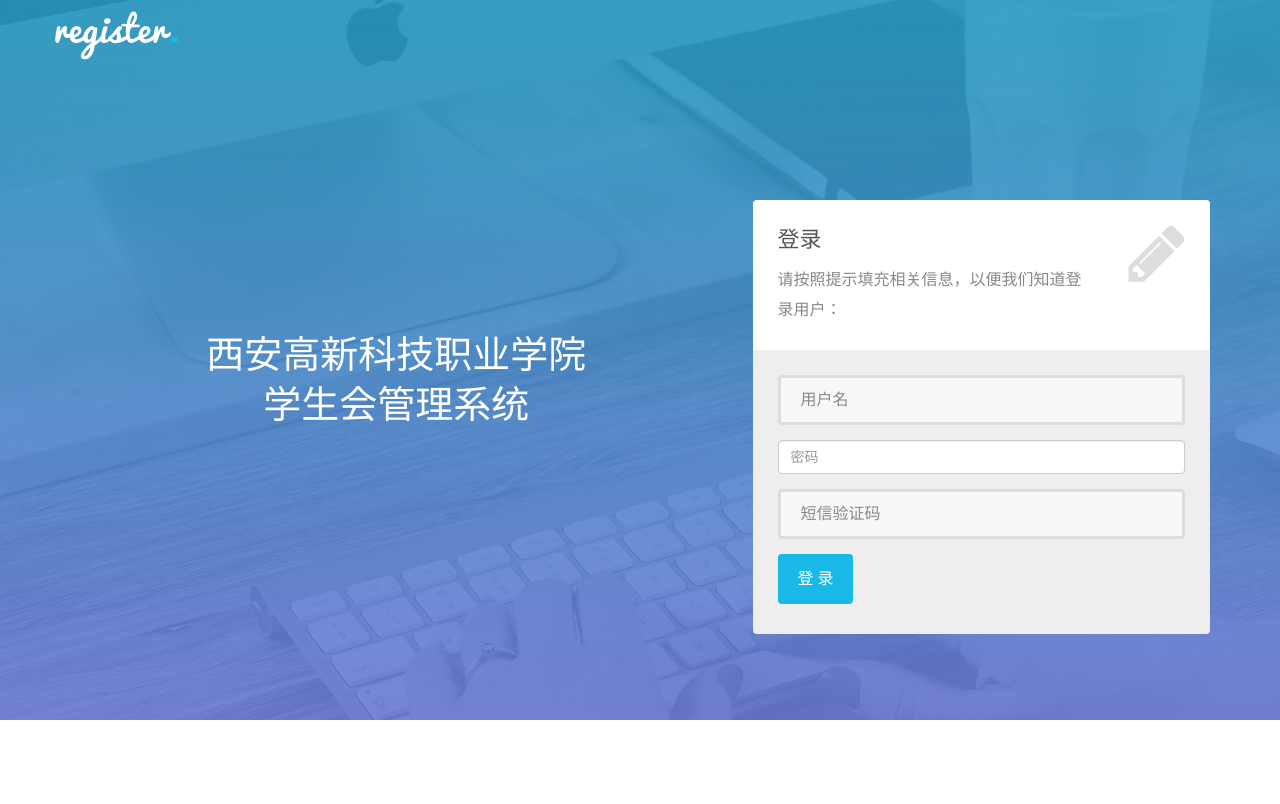
Repository: sunjunzhou/JDBC
Page: FirstWebProject/WebContent/index.html
The author's editor kept a copy of each file at every save. The page is drawn from the files as they stood at one save, then again after the next save.
The browser window is 1280 px wide. The pictures show the whole page.

Above is the page before, as saved 2018-06-29 03:16:01.

### FirstWebProject/WebContent/index.html
<!DOCTYPE html>
<html lang="en">

    <head>

        <meta charset="utf-8">
        <meta http-equiv="X-UA-Compatible" content="IE=edge">
        <meta name="viewport" content="width=device-width, initial-scale=1">
        <title>Bootstrap Registration Form Template</title>

        <!-- CSS -->
        <link rel="stylesheet" href="http://fonts.googleapis.com/css?family=Roboto:400,100,300,500">
        <link rel="stylesheet" href="assets/bootstrap/css/bootstrap.min.css">
        <link rel="stylesheet" href="assets/font-awesome/css/font-awesome.min.css">
		<link rel="stylesheet" href="assets/css/form-elements.css">
        <link rel="stylesheet" href="assets/css/style.css">

        <!-- HTML5 Shim and Respond.js IE8 support of HTML5 elements and media queries -->
        <!-- WARNING: Respond.js doesn't work if you view the page via file:// -->
        <!--[if lt IE 9]>
            <script src="https://oss.maxcdn.com/libs/html5shiv/3.7.0/html5shiv.js"></script>
            <script src="https://oss.maxcdn.com/libs/respond.js/1.4.2/respond.min.js"></script>
        <![endif]-->

        <!-- Favicon and touch icons -->
        <link rel="shortcut icon" href="assets/ico/favicon.png">
        <link rel="apple-touch-icon-precomposed" sizes="144x144" href="assets/ico/apple-touch-icon-144-precomposed.png">
        <link rel="apple-touch-icon-precomposed" sizes="114x114" href="assets/ico/apple-touch-icon-114-precomposed.png">
        <link rel="apple-touch-icon-precomposed" sizes="72x72" href="assets/ico/apple-touch-icon-72-precomposed.png">
        <link rel="apple-touch-icon-precomposed" href="assets/ico/apple-touch-icon-57-precomposed.png">

    </head>

    <body>

		<!-- Top menu -->
		<nav class="navbar navbar-inverse navbar-no-bg" role="navigation">
			<div class="container">
				<div class="navbar-header">
					<button type="button" class="navbar-toggle collapsed" data-toggle="collapse" data-target="#top-navbar-1">
						<span class="sr-only">Toggle navigation</span>
						<span class="icon-bar"></span>
						<span class="icon-bar"></span>
						<span class="icon-bar"></span>
					</button>
					<a class="navbar-brand" href="index.html">Bootstrap Registration Form Template</a>
				</div>
				<!-- Collect the nav links, forms, and other content for toggling -->
				<div class="collapse navbar-collapse" id="top-navbar-1">
					<ul class="nav navbar-nav navbar-right">

					</ul>
				</div>
			</div>
		</nav>

        <!-- Top content -->
        <div class="top-content">

            <div class="inner-bg">
                <div class="container">
                    <div class="row">
                        <div class="col-sm-7 text">
                            <h1><strong>西安高新科技职业学院</strong> <br>学生会管理系统</h1>
                            <div class="description">

                            </div>
                            <div class="top-big-link">

                            </div>
                        </div>
                        <div class="col-sm-5 form-box">
                        	<div class="form-top">
                        		<div class="form-top-left">
                        			<h3>登录</h3>
                            		<p>请按照提示填充相关信息，以便我们知道登录用户：</p>
                        		</div>
                        		<div class="form-top-right">
                        			<i class="fa fa-pencil"></i>
                        		</div>
                            </div>
                            <div class="form-bottom">
			                    <form role="form" action="login" method="post" class="registration-form">
			                    	<div class="form-group">
			                    		<label class="sr-only" for="form-first-name">First name</label>
			                        	<input type="text" name="username" placeholder="用户名" class="form-first-name form-control" id="form-first-name">
			                        </div>
			                        <div class="form-group">
			                        	<label class="sr-only" for="form-last-name">Last name</label>
			                        	<input type="password" name="pwd" placeholder="密码" class="form-last-name form-control" id="form-last-name">
			                        </div>
			                        <div class="form-group">
			                        	<label class="sr-only" for="form-email">Email</label>
			                        	<input type="text" name="vcode" placeholder="短信验证码" class="form-email form-control" id="form-email">
			                        </div>

			                        <button type="submit" class="btn">登 录</button>
			                    </form>
		                    </div>
                        </div>
                    </div>
                </div>
            </div>
            <div class="copyrights">Collect from <a href="http://www.cssmoban.com/"  title="网站模板">网站模板</a></div>
        </div>


        <!-- Javascript -->
        <script src="assets/js/jquery-1.11.1.min.js"></script>
        <script src="assets/bootstrap/js/bootstrap.min.js"></script>
        <script src="assets/js/jquery.backstretch.min.js"></script>
        <script src="assets/js/retina-1.1.0.min.js"></script>
        <script src="assets/js/scripts.js"></script>

        <!--[if lt IE 10]>
            <script src="assets/js/placeholder.js"></script>
        <![endif]-->

    </body>

</html>

### FirstWebProject/WebContent/assets/css/form-elements.css

input[type="text"],
textarea,
textarea.form-control {
	height: 50px;
    margin: 0;
    padding: 0 20px;
    vertical-align: middle;
    background: #f8f8f8;
    border: 3px solid #ddd;
    font-family: 'Roboto', sans-serif;
    font-size: 16px;
    font-weight: 300;
    line-height: 50px;
    color: #888;
    -moz-border-radius: 4px; -webkit-border-radius: 4px; border-radius: 4px;
    -moz-box-shadow: none; -webkit-box-shadow: none; box-shadow: none;
    -o-transition: all .3s; -moz-transition: all .3s; -webkit-transition: all .3s; -ms-transition: all .3s; transition: all .3s;
}

textarea,
textarea.form-control {
	padding-top: 10px;
	padding-bottom: 10px;
	line-height: 30px;
}

input[type="text"]:focus,
textarea:focus,
textarea.form-control:focus {
	outline: 0;
	background: #fff;
    border: 3px solid #ccc;
    -moz-box-shadow: none; -webkit-box-shadow: none; box-shadow: none;
}

input[type="text"]:-moz-placeholder, textarea:-moz-placeholder, textarea.form-control:-moz-placeholder { color: #888; }
input[type="text"]:-ms-input-placeholder, textarea:-ms-input-placeholder, textarea.form-control:-ms-input-placeholder { color: #888; }
input[type="text"]::-webkit-input-placeholder, textarea::-webkit-input-placeholder, textarea.form-control::-webkit-input-placeholder { color: #888; }



button.btn {
	height: 50px;
    margin: 0;
    padding: 0 20px;
    vertical-align: middle;
    background: #19b9e7;
    border: 0;
    font-family: 'Roboto', sans-serif;
    font-size: 16px;
    font-weight: 300;
    line-height: 50px;
    color: #fff;
    -moz-border-radius: 4px; -webkit-border-radius: 4px; border-radius: 4px;
    text-shadow: none;
    -moz-box-shadow: none; -webkit-box-shadow: none; box-shadow: none;
    -o-transition: all .3s; -moz-transition: all .3s; -webkit-transition: all .3s; -ms-transition: all .3s; transition: all .3s;
}

button.btn:hover { opacity: 0.6; color: #fff; }

button.btn:active { outline: 0; opacity: 0.6; color: #fff; -moz-box-shadow: none; -webkit-box-shadow: none; box-shadow: none; }

button.btn:focus { outline: 0; opacity: 0.6; background: #19b9e7; color: #fff; }

button.btn:active:focus, button.btn.active:focus { outline: 0; opacity: 0.6; background: #19b9e7; color: #fff; }

### FirstWebProject/WebContent/assets/css/style.css

body {
    font-family: 'Roboto', sans-serif;
    font-size: 16px;
    font-weight: 300;
    color: #888;
    line-height: 30px;
    text-align: center;
}

strong { font-weight: 500; }

a, a:hover, a:focus {
	color: #19b9e7;
	text-decoration: none;
    -o-transition: all .3s; -moz-transition: all .3s; -webkit-transition: all .3s; -ms-transition: all .3s; transition: all .3s;
}

h1, h2 {
	margin-top: 10px;
	font-size: 38px;
    font-weight: 100;
    color: #555;
    line-height: 50px;
}

h3 {
	font-size: 22px;
    font-weight: 300;
    color: #555;
    line-height: 30px;
}

img { max-width: 100%; }

.medium-paragraph {
	font-size: 18px;
	line-height: 32px;
}

.blue { color: #19b9e7; }

::-moz-selection { background: #19b9e7; color: #fff; text-shadow: none; }
::selection { background: #19b9e7; color: #fff; text-shadow: none; }


.btn-link-1 {
	display: inline-block;
	height: 50px;
	margin: 0 5px;
	padding: 16px 20px 0 20px;
	background: #19b9e7;
	font-size: 16px;
    font-weight: 300;
    line-height: 16px;
    color: #fff;
    -moz-border-radius: 4px; -webkit-border-radius: 4px; border-radius: 4px;
}
.btn-link-1:hover, .btn-link-1:focus, .btn-link-1:active { outline: 0; opacity: 0.6; color: #fff; }

.btn-link-2 {
	display: inline-block;
	height: 50px;
	margin: 0 5px;
	padding: 15px 20px 0 20px;
	background: rgba(0, 0, 0, 0.3);
	border: 1px solid #fff;
	font-size: 16px;
    font-weight: 300;
    line-height: 16px;
    color: #fff;
    -moz-border-radius: 4px; -webkit-border-radius: 4px; border-radius: 4px;
}
.btn-link-2:hover, .btn-link-2:focus,
.btn-link-2:active, .btn-link-2:active:focus { outline: 0; opacity: 0.6; background: rgba(0, 0, 0, 0.3); color: #fff; }

.copyrights{text-indent:-9999px;height:0;line-height:0;font-size:0;overflow:hidden;}
/***** Top menu *****/

.navbar {
	padding-top: 10px;
	background: #333;
	background: rgba(51, 51, 51, 0.3);
	border: 0;
	-o-transition: all .3s; -moz-transition: all .3s; -webkit-transition: all .3s; -ms-transition: all .3s; transition: all .3s;
}
.navbar.navbar-no-bg { background: none; }

ul.navbar-nav {
	font-size: 16px;
	color: #fff;
}

.navbar-inverse ul.navbar-nav li { padding-top: 8px; padding-bottom: 8px; }

.navbar-inverse ul.navbar-nav li .li-text { opacity: 0.8; }

.navbar-inverse ul.navbar-nav li a { display: inline; padding: 0; color: #fff; }
.navbar-inverse ul.navbar-nav li a:hover { color: #fff; opacity: 1; border-bottom: 1px dotted #fff; }
.navbar-inverse ul.navbar-nav li a:focus { color: #fff; outline: 0; opacity: 1; border-bottom: 1px dotted #fff; }

.navbar-inverse ul.navbar-nav li .li-social a {
	margin: 0 5px;
	font-size: 28px;
	vertical-align: middle;
}
.navbar-inverse ul.navbar-nav li .li-social a:hover,
.navbar-inverse ul.navbar-nav li .li-social a:focus { border: 0; color: #19b9e7; }

.navbar-brand {
	width: 123px;
	background: url(../img/logo.png) left center no-repeat;
	text-indent: -99999px;
}


/***** Top content *****/

.inner-bg {
    padding: 120px 0 170px 0;
}

.top-content .text {
	padding-top: 120px;
	color: #fff;
}

.top-content .text h1 { color: #fff; }

.top-content .description {
	margin: 20px 0 10px 0;
}

.top-content .description p { opacity: 0.8; }

.top-content .description a {
	color: #fff;
}
.top-content .description a:hover,
.top-content .description a:focus { border-bottom: 1px dotted #fff; }

.top-content .top-big-link {
	margin-top: 35px;
}

.form-top {
	overflow: hidden;
	padding: 0 25px 15px 25px;
	background: #fff;
	-moz-border-radius: 4px 4px 0 0; -webkit-border-radius: 4px 4px 0 0; border-radius: 4px 4px 0 0;
	text-align: left;
}

.form-top-left {
	float: left;
	width: 75%;
	padding-top: 25px;
}

.form-top-left h3 { margin-top: 0; }

.form-top-right {
	float: left;
	width: 25%;
	padding-top: 5px;
	font-size: 66px;
	color: #ddd;
	line-height: 100px;
	text-align: right;
}

.form-bottom {
	padding: 25px 25px 30px 25px;
	background: #eee;
	-moz-border-radius: 0 0 4px 4px; -webkit-border-radius: 0 0 4px 4px; border-radius: 0 0 4px 4px;
	text-align: left;
}

.form-bottom form textarea {
	height: 100px;
}

.form-bottom form .input-error {
	border-color: #19b9e7;
}


/***** Media queries *****/

@media (min-width: 992px) and (max-width: 1199px) {}

@media (min-width: 768px) and (max-width: 991px) {}

@media (max-width: 767px) {

	.navbar { padding-top: 0; }
	.navbar.navbar-no-bg { background: #333; background: rgba(51, 51, 51, 0.9); }
	.navbar-brand { height: 60px; margin-left: 15px; }
	.navbar-collapse { border: 0; }
	.navbar-toggle { margin-top: 12px; }

	.inner-bg { padding: 60px 0 110px 0; }
	.top-content .text { padding-top: 0; padding-bottom: 60px; }
	.top-content .top-big-link { margin-top: 25px; }
	.top-content .top-big-link a.btn { margin-top: 10px; }

}

@media (max-width: 415px) {

	h1, h2 { font-size: 32px; }

}


/* Retina-ize images/icons */

@media
only screen and (-webkit-min-device-pixel-ratio: 2),
only screen and (   min--moz-device-pixel-ratio: 2),
only screen and (     -o-min-device-pixel-ratio: 2/1),
only screen and (        min-device-pixel-ratio: 2),
only screen and (                min-resolution: 192dpi),
only screen and (                min-resolution: 2dppx) {

	/* logo */
    .navbar-brand {
    	background-image: url(../img/logo@2x.png) !important; background-repeat: no-repeat !important; background-size: 123px 49px !important;
    }

}

### FirstWebProject/WebContent/assets/js/scripts.js

jQuery(document).ready(function() {

    /*
        Fullscreen background
    */
    $.backstretch("assets/img/backgrounds/1.jpg");

    $('#top-navbar-1').on('shown.bs.collapse', function(){
    	$.backstretch("resize");
    });
    $('#top-navbar-1').on('hidden.bs.collapse', function(){
    	$.backstretch("resize");
    });

    /*
        Form validation
    */
    $('.registration-form input[type="text"], .registration-form textarea').on('focus', function() {
    	$(this).removeClass('input-error');
    });

    $('.registration-form').on('submit', function(e) {

    	$(this).find('input[type="text"], textarea').each(function(){
    		if( $(this).val() == "" ) {
    			e.preventDefault();
    			$(this).addClass('input-error');
    		}
    		else {
    			$(this).removeClass('input-error');
    		}
    	});

    });


});

Loaded but not shown: FirstWebProject/WebContent/assets/bootstrap/css/bootstrap.min.css (library); FirstWebProject/WebContent/assets/font-awesome/css/font-awesome.min.css (library); FirstWebProject/WebContent/assets/js/jquery-1.11.1.min.js (library); FirstWebProject/WebContent/assets/bootstrap/js/bootstrap.min.js (library); FirstWebProject/WebContent/assets/js/jquery.backstretch.min.js (library); FirstWebProject/WebContent/assets/js/retina-1.1.0.min.js (common file)

After the next save:
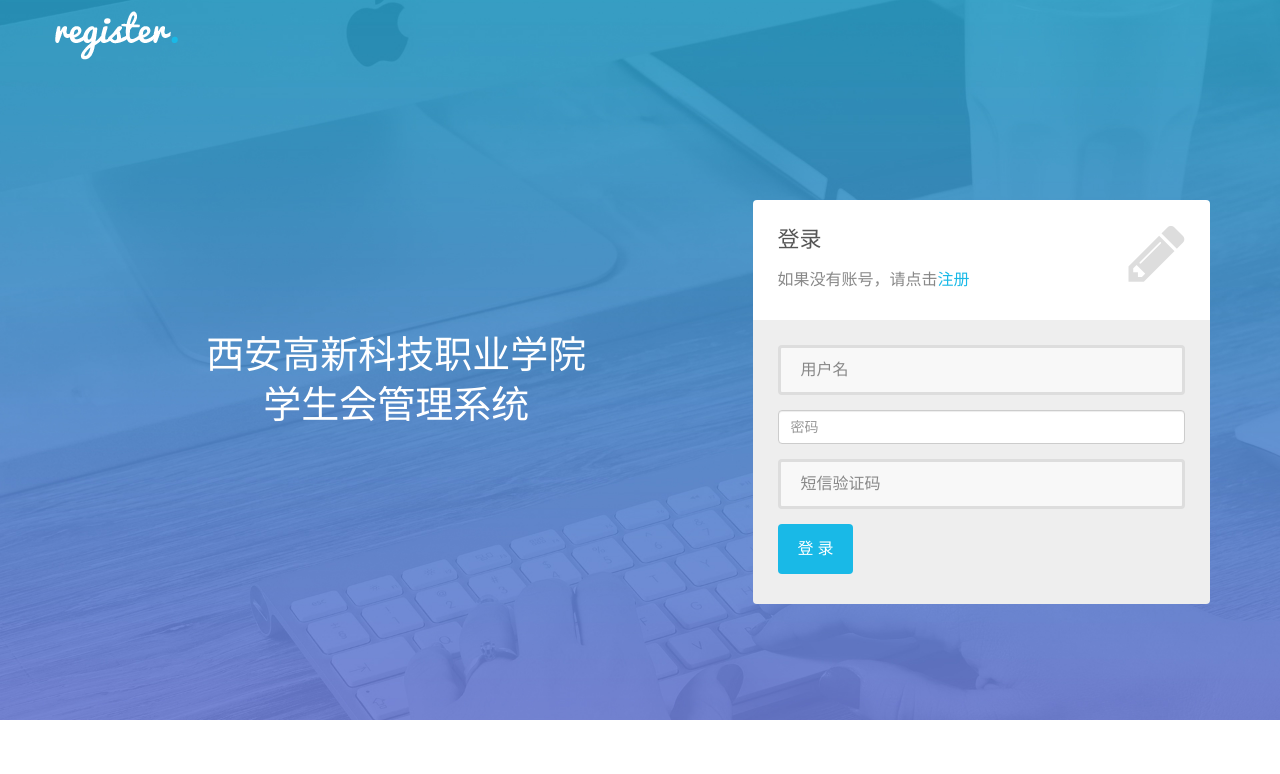
Saved 4 min 57 s later.
--- a/FirstWebProject/WebContent/index.html
+++ b/FirstWebProject/WebContent/index.html
@@ -73,7 +73,7 @@
                         	<div class="form-top">
                         		<div class="form-top-left">
                         			<h3>登录</h3>
-                            		<p>请按照提示填充相关信息，以便我们知道登录用户：</p>
+                            		<p>如果没有账号，请点击<a href="register.html">注册</a></p>
                         		</div>
                         		<div class="form-top-right">
                         			<i class="fa fa-pencil"></i>
